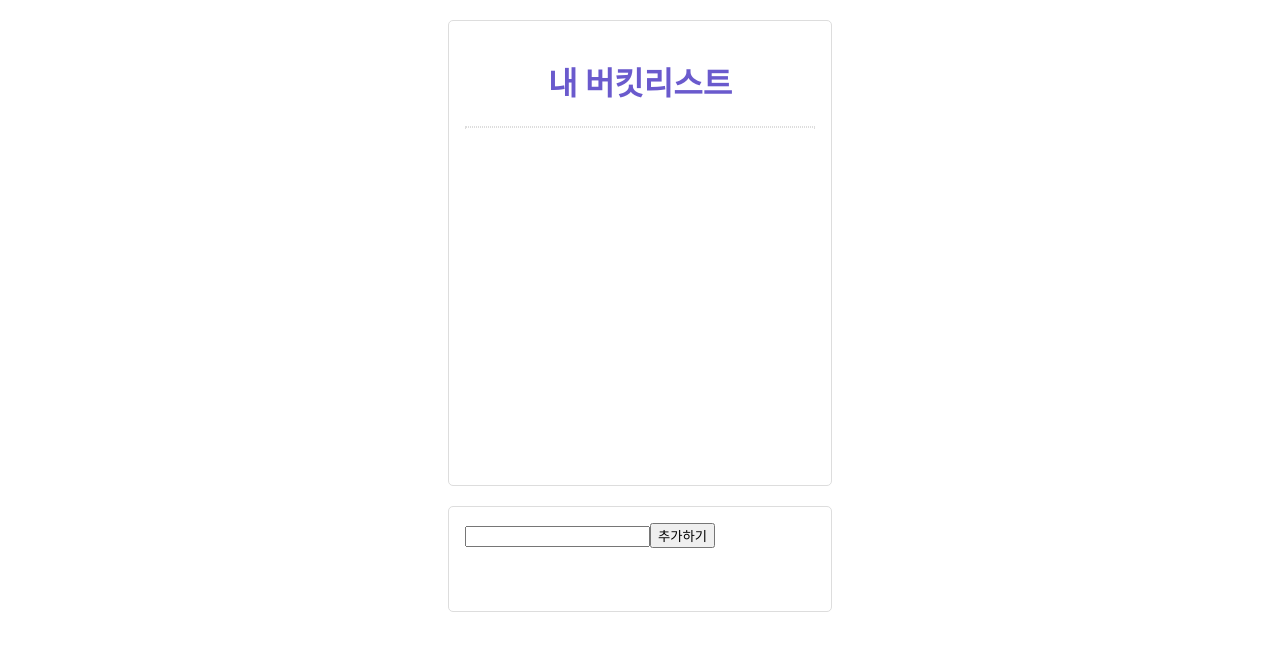
Repository: woojinShim/redux-bucketlist
Page: /
An editor plug-in stored every save of this project. The page is shown before and after the next save, followed by the edit.
The browser window is 1280 px wide. The pictures show the whole page.
The project was rebuilt for these pictures with package versions that can differ from the ones it lists, and the page was loaded fresh each time. Also part of the build but not shown: src/Detail.js.

Above is the page before, as saved 2022-03-31 08:59:25.

After the next save:
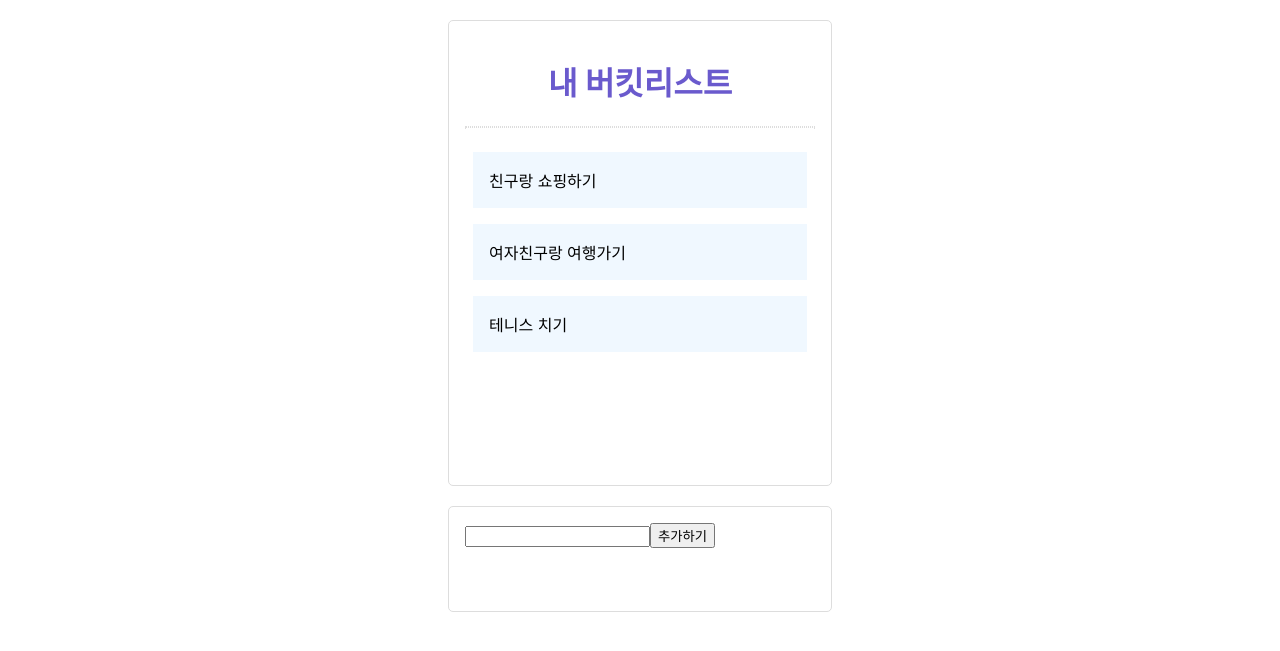
Saved 4 min 59 s later.
--- a/src/BucketList.js
+++ b/src/BucketList.js
@@ -6,28 +6,29 @@ import { useDispatch, useSelector } from "react-redux"; // useDispatch는 데이
 
 const BucketList = (props) => {
   let history = useHistory();
+  //   이 부분은 주석처리!
   //   console.log(props);
   //   const my_lists = props.list;
+  // 여기에서 state는 리덕스 스토어가 가진 전체 데이터예요.
+  // 우리는 그 중, bucket 안에 들어있는 list를 가져옵니다.
   const my_lists = useSelector((state) => state.bucket.list);
-  console.log(my_lists);
-  return null;
-  //   return (
-  //     <ListStyle>
-  //       {my_lists.map((list, index) => {
-  //         return (
-  //           <ItemStyle
-  //             className="list_item"
-  //             key={index}
-  //             onClick={() => {
-  //               history.push("/detail");
-  //             }}
-  //           >
-  //             {list}
-  //           </ItemStyle>
-  //         );
-  //       })}
-  //     </ListStyle>
-  //   );
+  return (
+    <ListStyle>
+      {my_lists.map((list, index) => {
+        return (
+          <ItemStyle
+            className="list_item"
+            key={index}
+            onClick={() => {
+              history.push("/detail");
+            }}
+          >
+            {list}
+          </ItemStyle>
+        );
+      })}
+    </ListStyle>
+  );
 };
 
 const ListStyle = styled.div`
